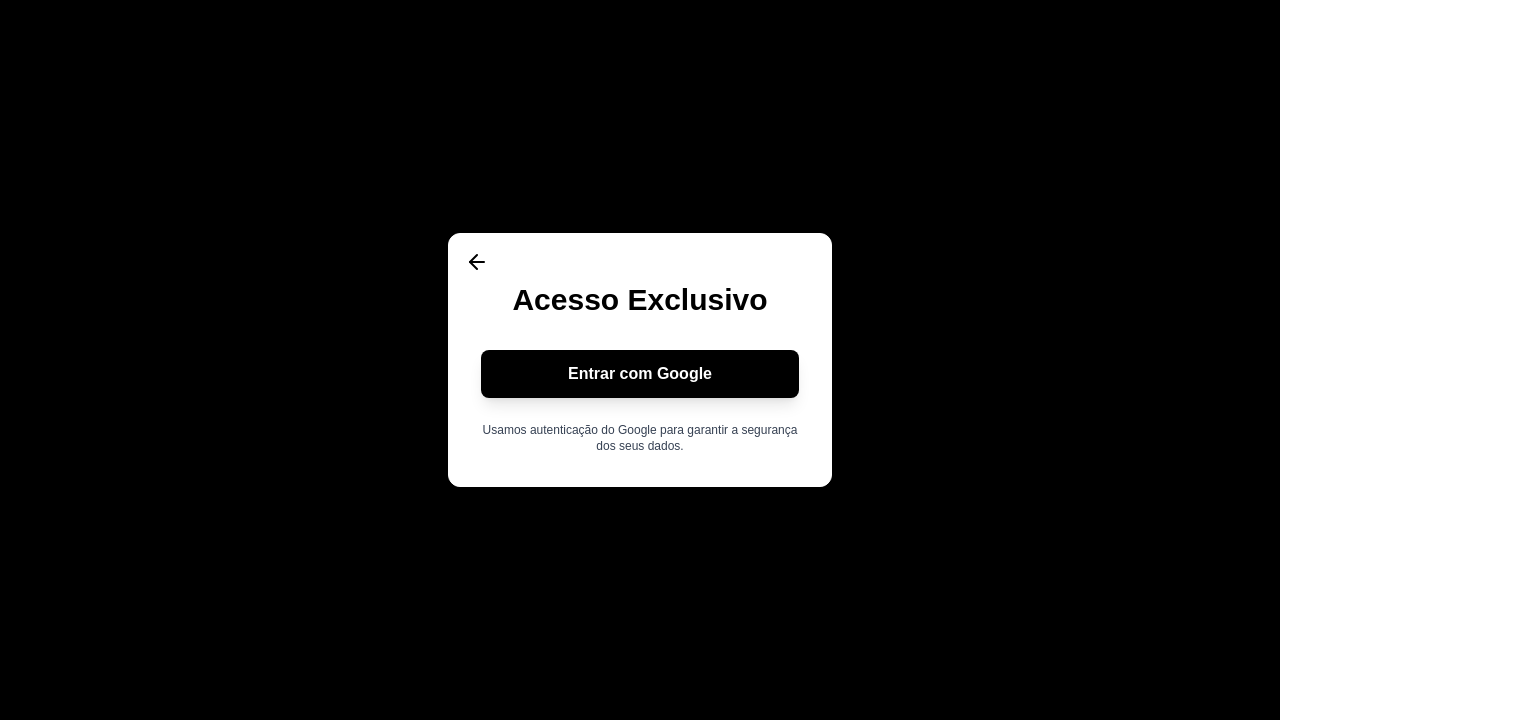
Repository: NunesJulia/faladireito-ai
Page: /login
An editor plug-in stored every save of this project. The page is shown before and after the next save, followed by the edit.
The browser window is 1280 px wide. The page is 1280 px wide, then 1520 px, then 1280 px, so the pictures cover 1520 px, including what lies to the right of the window. The pictures show the whole page.
The project was rebuilt for these pictures with package versions that can differ from the ones it lists, and the page was loaded fresh each time. The framework's server and built-in components were replaced by stand-ins that run in the browser. Also part of the build but not shown: next.config.ts.

Above is the page before, as saved 2025-12-08 19:28:44.

### app/layout.tsx
// app/layout.tsx
import type { Metadata } from "next";
import { Geist, Geist_Mono } from "next/font/google";
import "./globals.css";
import { Providers } from "./providers";

const geistSans = Geist({
  variable: "--font-geist-sans",
  subsets: ["latin"],
});

const geistMono = Geist_Mono({
  variable: "--font-geist-mono",
  subsets: ["latin"],
});

export const metadata: Metadata = {
  title: "Create Next App",
  description: "Generated by create next app",
};

export default function RootLayout({
  children,
}: {
  children: React.ReactNode;
}) {
  return (
    <html lang="en">
      <body
        className={`${geistSans.variable} ${geistMono.variable} antialiased`}
      >
        <Providers>{children}</Providers>
      </body>
    </html>
  );
}

### app/login/page.tsx
// app/login/page.tsx
import { Suspense } from "react";
import LoginPage from "./login_component";


export default function Page() {
  return (
    <Suspense>
      <LoginPage />
    </Suspense>
  );
}

### app/providers.tsx
// app/providers.tsx
"use client";

import { SessionProvider } from "next-auth/react";

export function Providers({ children }: { children: React.ReactNode }) {
  return <SessionProvider>{children}</SessionProvider>;
}

### app/login/login_component.tsx
// app/login/login_component.tsx
"use client";

import { Loader2, ArrowLeft } from "lucide-react"; // Adicionado ArrowLeft
import { useState, useEffect } from "react";
import { signIn } from "next-auth/react";
import { useSearchParams, useRouter } from "next/navigation"; // Adicionado useRouter

export default function LoginPage() {
  const [isLoading, setIsLoading] = useState(false);
  const searchParams = useSearchParams();
  const router = useRouter(); // Inicializando o router
  const errorParam = searchParams.get("error");

  const [error, setError] = useState<string | null>(null);

  useEffect(() => {
    if (errorParam === "OAuthAccountNotLinked") {
      setError("Este e-mail está vinculado a outro método de login.");
    } else if (errorParam) {
      setError("Falha ao fazer login. Tente novamente.");
    }
  }, [errorParam]);

  const handleLogin = async () => {
    setIsLoading(true);
    await signIn("google", { callbackUrl: "/prompt" });
  };

  const handleGoBack = () => {
    router.push("/");
  };

  return (
    // Fundo da tela preto
    <div className="flex bg-black flex-col items-center justify-center min-h-[50vh] h-screen p-6">
      {/* Caixa de Login com fundo escuro e borda branca */}
      <div className="relative w-full max-w-sm bg-white p-8 rounded-xl shadow-2xl border border-white">

        {/* Botão de Voltar para Home */}
        <button
          onClick={handleGoBack}
          className="absolute top-4 left-4 text-black hover:text-gray-400 transition duration-150"
          aria-label="Voltar para a página inicial"
        >
          <ArrowLeft className="w-6 h-6" />
        </button>

        <h2 className="text-3xl font-bold text-center text-black mt-4 mb-8">
          Acesso Exclusivo
        </h2>

        {error && (
          <p className="text-sm text-red-400 bg-black p-3 rounded-lg mb-4 text-center border border-black">
            {error}
          </p>
        )}

        <button
          onClick={handleLogin}
          disabled={isLoading}
          className={`w-full cursor-pointer py-3 px-4 rounded-lg font-semibold transition duration-300 flex items-center justify-center
            ${isLoading
                ? "bg-gray-600 text-gray-400 cursor-not-allowed"
                : "bg-black hover:bg-gray-600 text-white shadow-lg"
            }`}
        >
          {isLoading ? (
            <>
              <Loader2 className="w-5 h-5 mr-2 animate-spin" />
              Redirecionando...
            </>
          ) : (
            <>Entrar com Google</>
          )}
        </button>

        <p className="mt-6 text-xs text-gray-700 text-sm text-center">
          Usamos autenticação do Google para garantir a segurança dos seus dados.
        </p>
      </div>
    </div>
  );
}

Loaded but not shown: app/globals.css (common file)

After the next save:
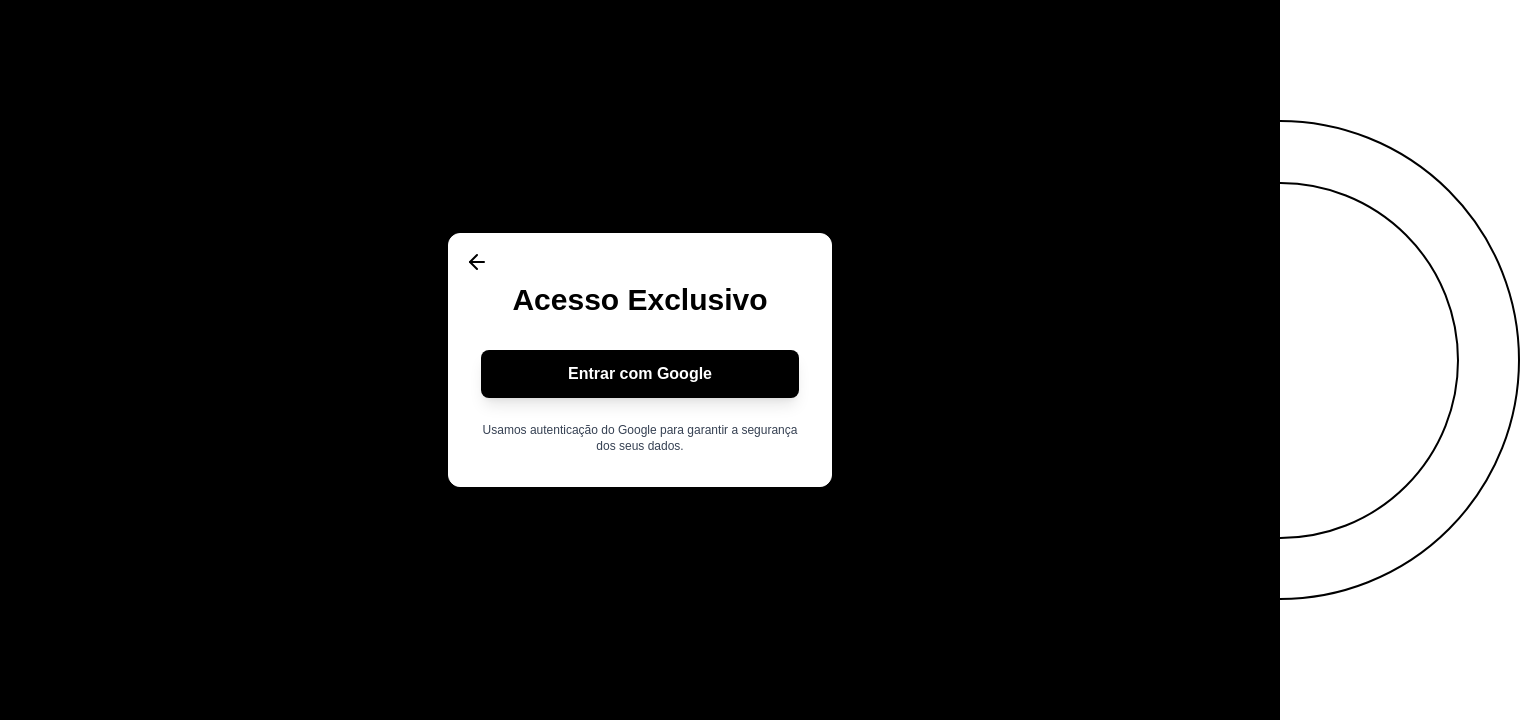
Saved 76 s later.
--- a/app/login/login_component.tsx
+++ b/app/login/login_component.tsx
@@ -79,6 +79,14 @@
           Usamos autenticação do Google para garantir a segurança dos seus dados.
         </p>
       </div>
+
+      <div className="absolute top-1/2 right-[-15rem] transform -translate-y-1/2 w-[30rem] h-[30rem] rounded-full border-2 border-black pointer-events-none z-10 flex items-center justify-center">
+            <div className="w-3/4 h-3/4 bg-transparent rounded-full border-2 border-black"></div>
+        </div>
+
+        <div className="absolute top-1/2 left-[-15rem] transform -translate-y-1/2 w-[30rem] h-[30rem] rounded-full border-2 border-black pointer-events-none z-10 flex items-center justify-center">
+            <div className="w-3/4 h-3/4 bg-transparent rounded-full border-2 border-black"></div>
+        </div>
     </div>
   );
 }

After the save that followed:
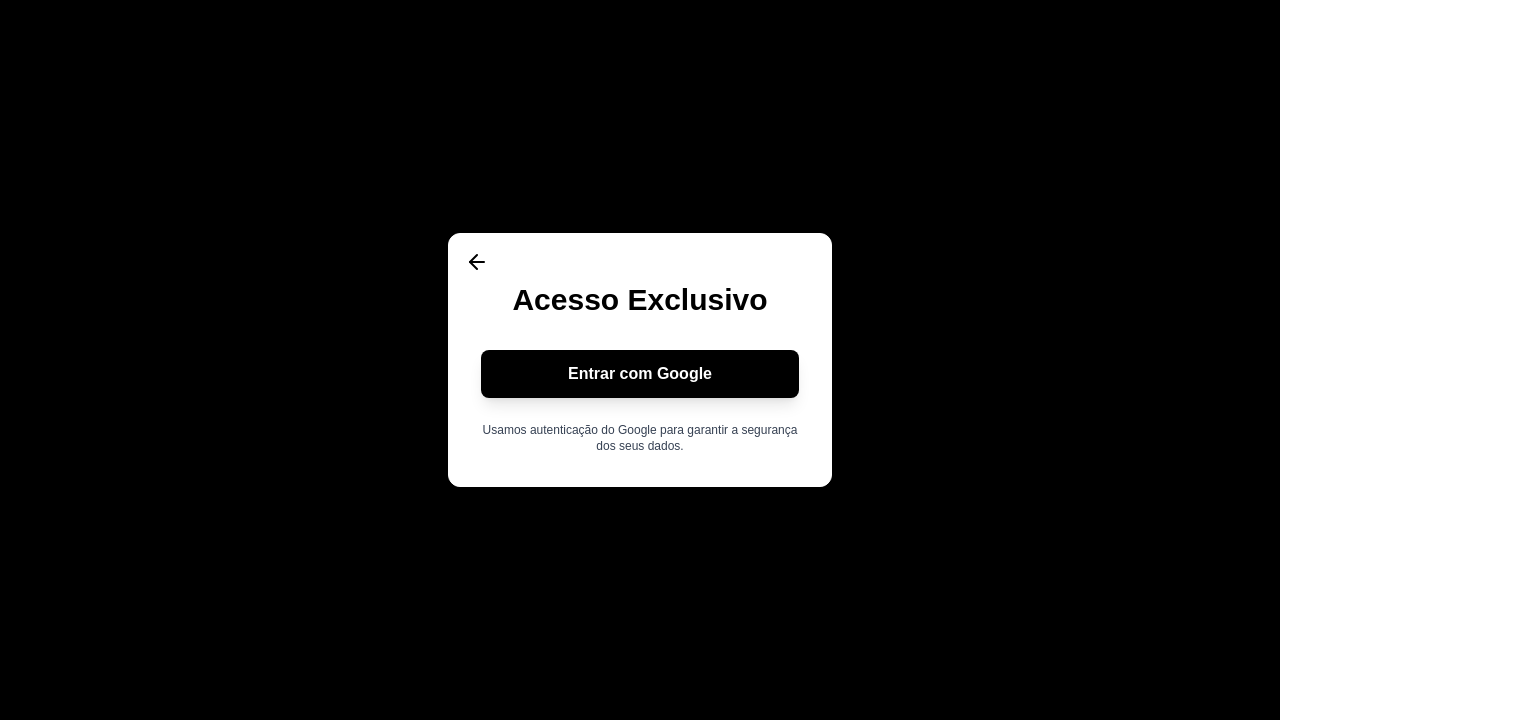
Saved 13 s later.
--- a/app/login/login_component.tsx
+++ b/app/login/login_component.tsx
@@ -80,13 +80,7 @@
         </p>
       </div>
 
-      <div className="absolute top-1/2 right-[-15rem] transform -translate-y-1/2 w-[30rem] h-[30rem] rounded-full border-2 border-black pointer-events-none z-10 flex items-center justify-center">
-            <div className="w-3/4 h-3/4 bg-transparent rounded-full border-2 border-black"></div>
-        </div>
 
-        <div className="absolute top-1/2 left-[-15rem] transform -translate-y-1/2 w-[30rem] h-[30rem] rounded-full border-2 border-black pointer-events-none z-10 flex items-center justify-center">
-            <div className="w-3/4 h-3/4 bg-transparent rounded-full border-2 border-black"></div>
-        </div>
     </div>
   );
 }
